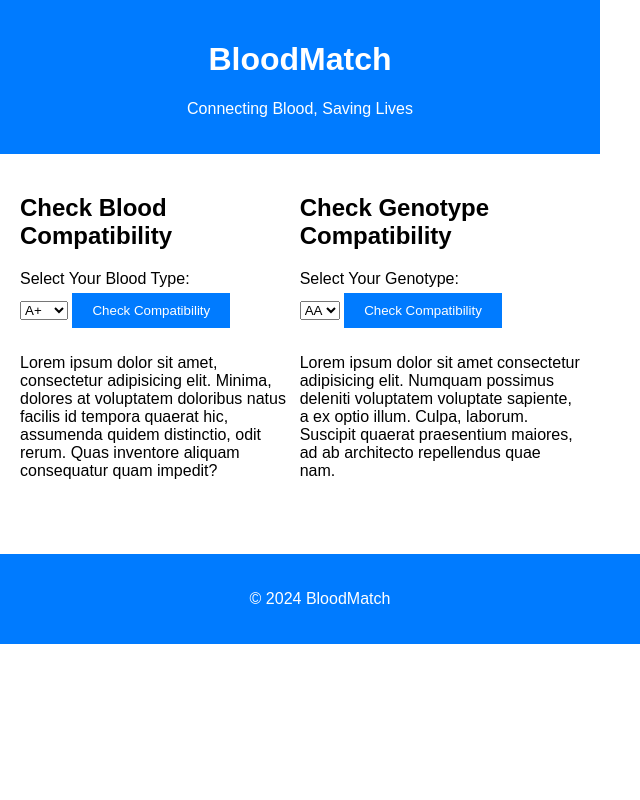
Repository: JuliusMonday/BloodMatch
Page: index.html
The author's editor kept a copy of each file at every save. The page is drawn from the files as they stood at one save, then again after a run of saves.
The browser window is 600 px wide. The page is 640 px wide, so the pictures cover 640 px, including what lies to the right of the window. The pictures show the whole page.

Above is the page before, as saved 2024-05-02 16:20:51.

### index.html
<!DOCTYPE html>
<html lang="en">
<head>
  <meta charset="UTF-8">
  <meta name="viewport" content="width=device-width, initial-scale=1.0">
  <title>BloodMatch</title>
  <link rel="stylesheet" href="style.css">
</head>
<body>
  <header>
    <h1>BloodMatch</h1>
    <p>Connecting Blood, Saving Lives</p>
  </header>
  <main>
    <section id="bloodType">
      <h1>Check Blood Compatibility</h1>
      <label for="selectBloodType">Select Your Blood Type:</label>
      <select id="selectBloodType">
        <option value="A+">A+</option>
        <option value="A-">A-</option>
        <option value="B+">B+</option>
        <option value="B-">B-</option>
        <option value="AB+">AB+</option>
        <option value="AB-">AB-</option>
        <option value="O+">O+</option>
        <option value="O+">O+</option>
      </select>
      <button onclick="checkBloodCompatibility()">Check Compatibility</button>
      <p id="compatibilityResult">Lorem ipsum dolor sit amet, consectetur adipisicing elit. Minima, dolores at voluptatem doloribus natus facilis id tempora quaerat hic, assumenda quidem distinctio, odit rerum. Quas inventore aliquam consequatur quam impedit?</p>
    </section>
    <section id="genotype">
      <h1>Check Genotype Compatibility</h1>
      <label for="selectGenotype">Select Your Genotype:</label>
      <select id="selectGenotype">
        <option value="AA">AA</option>
        <option value="AS">AS</option>
        <option value="SS">SS</option>
      </select>
      <button onclick="checkGenotypeCompatibility()">Check Compatibility</button>
      <p id="genotypeResult">Lorem ipsum dolor sit amet consectetur adipisicing elit. Numquam possimus deleniti voluptatem voluptate sapiente, a ex optio illum. Culpa, laborum. Suscipit quaerat praesentium maiores, ad ab architecto repellendus quae nam.</p>
    </section>
  </main>
  <br>
  <footer>
    <p>&copy; 2024 BloodMatch</p>
  </footer>
  <script src="script.js"></script>
</body>
</html>

### style.css
body {
    font-family: Arial, sans-serif;
    margin: 0;
    padding: 0;
  }

  header, footer {
    background-color: #007bff;
    color: #ffffff;
    text-align: center;
    padding: 20px;
  }

  main {
    padding: 20px;
    display: flex;

  }

  section {
    margin-bottom: 20px;
  }

  label {
    display: block;
    margin-bottom: 5px;
  }

  select, button {
    margin-bottom: 10px;
  }

  button {
    background-color: #007bff;
    color: #ffffff;
    border: none;
    padding: 10px 20px;
    cursor: pointer;
  }

  button:hover {
    background-color: #0056b3;
  }

  footer {
    bottom: 0;
    width: 100%;
      }
@media (min-width: 768px){

}

@media (max-width: 767px){
    main {
        padding: 20px;
        flex

      }
}

### script.js
const checkBloodCompatibility = () =>{
    let selectedBloodType = document.getElementById("selectBloodType").value;
    let compatibilityResult = document.getElementById("compatibilityResult");
    let compatibleBloodTypes = "";

    // Logic to determine compatible blood types
    switch(selectedBloodType) {
      case "A+":
        compatibleBloodTypes = "sample";
        break;
      case "A-":
        compatibleBloodTypes = "SAMPLE";
        break;
      case "B+":
        compatibleBloodTypes = "SAMPLE";
        break;
      case "B-":
        compatibleBloodTypes = "SAMPLE";
        break;
      case "AB+":
        compatibleBloodTypes = "SAMPLE";
        break;
      case "AB-":
        compatibleBloodTypes = "sample";
        break;
      case "O+":
        compatibleBloodTypes = "SAMPLE";
        break;
      case "O-":
        compatibleBloodTypes = "sample";
        break;
    }

    compatibilityResult.textContent = "Compatible blood types: " + compatibleBloodTypes;
  }

  const checkGenotypeCompatibility = () => {
    let selectedGenotype = document.getElementById("selectGenotype").value;
    let genotypeResult = document.getElementById("genotypeResult");
    let compatibleGenotypes = "";

    // Logic to determine compatible genotypes
    switch(selectedGenotype) {
      case "AA":
        compatibleGenotypes = "AA";
        break;
      case "AS":
        compatibleGenotypes = "AA, AS";
        break;
      case "SS":
        compatibleGenotypes = "SS";
        break;
      case "SC":
        compatibleGenotypes = "SC"
    }

    genotypeResult.textContent = `<h1>Compatible genotypes: " + compatibleGenotypes</h1>"`;
  }

After the next 6 saves:
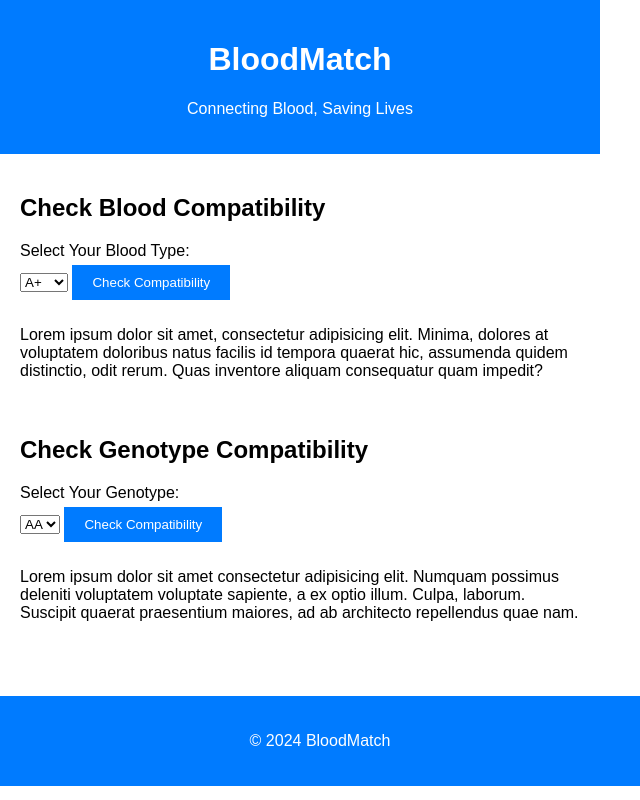
The 6 saves are shown as one change because they came seconds apart.
The last was saved 14 s later.
--- a/style.css
+++ b/style.css
@@ -53,7 +53,6 @@ body {
 @media (max-width: 767px){
     main {
         padding: 20px;
-        flex
-
-      }
+        flex-direction: column;
+          }
 }
